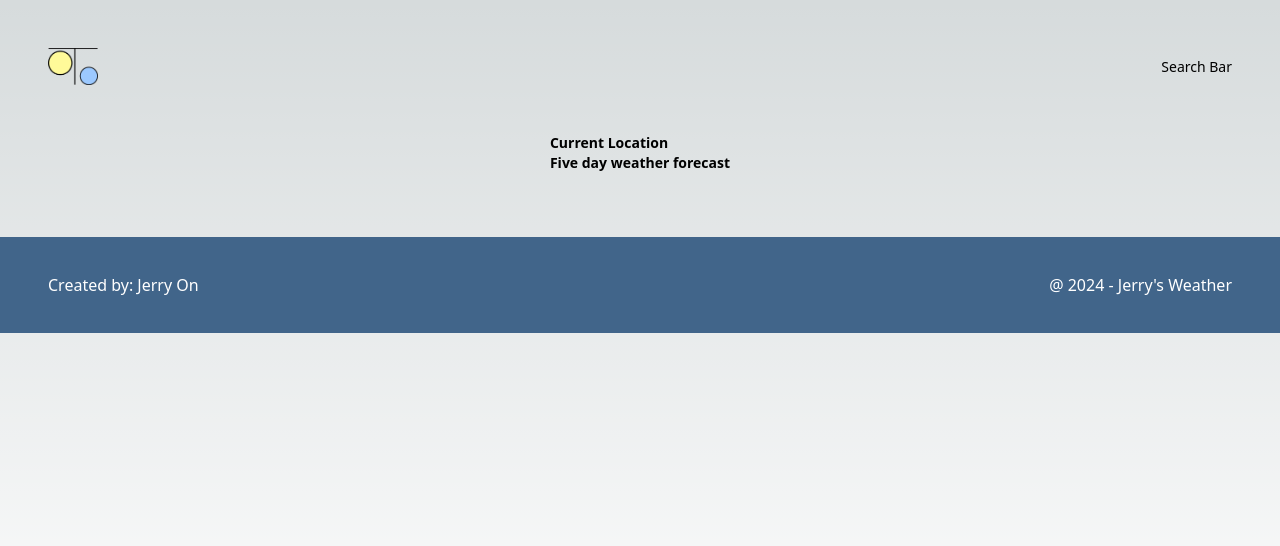
Repository: JerryWuOn/weatherAppMid
Page: /
An editor plug-in stored every save of this project. The page is shown before and after a run of saves, followed by the edit.
The browser window is 1280 px wide. The pictures show the whole page.
The page's requests for data from a server got no answer. The project was rebuilt for these pictures with package versions that can differ from the ones it lists, and the page was loaded fresh each time. The framework's server and built-in components were replaced by stand-ins that run in the browser. No one was signed in, and anything a server would have sent is missing. Also part of the build but not shown: next.config.mjs.

Above is the page before, as saved 2024-02-10 23:08:44.

### src/pages/index.tsx

import Header from "@/components/Header";
import Footer from "@/components/Footer";
import { useState, useEffect } from "react";

export default function Home() {
  const [data,setData] = useState<IWeather | null>(null);
  const apiKey = "fa86376a0b2615057a19374755185488"
  const API_URL = `https://api.openweathermap.org/data/2.5/weather?lat=44.34&lon=10.99&appid=${apiKey}`

  useEffect(() => {
    fetch(API_URL)
      .then(response => response.json())
      .then(response => {
        console.log(response);
        setData(response);
      })
      .catch(err => {
        console.log(err);
      })
  },[])
  return (
    <main className="flex flex-col min-h-screen w-full">
      <div className="flex flex-col w-5xl justify-between w-full items-center  text-sm ">
        <div className="flex flex-row w-full items-center justify-between gap-x-4 p-12">
          <Header></Header>
        </div>
        <div className="flex flex-col">
          <div className="font-bold">Current Location</div>
          <div className="font-bold">Five day weather forecast</div>

          {data && data.main && (
            <div>
              <h1>Temperature: {data.main.temp}</h1>
              <h1>Feels Like: {data.main.feels_like}</h1>
            </div>
          )}
        </div>
        </div>

        <div className="flex bg-footer w-full bg-fixed text-white mt-16 px-12">
          <div className="flex h-24 w-full items-center justify-between">
            <Footer/>
          </div>
        </div>

    </main>
  );
}

### src/components/Header/index.tsx
import Image from "next/image"

import Logo from "../../../public/images/jerryWeather.png"


export default function Header(){
    return (
        <div className="flex w-full">
            <div className="flex flex-row w-full items-center justify-between gap-x-4 ">
                <div className="flex justify-between">
                    <Image src={Logo} alt="logo" width={50} height={50}/>
                </div>
                <div>
                    Search Bar
                </div>
            </div>
        </div>
    )
}

### src/components/Footer/index.tsx
export default function Footer(){
    return (
        <div className="flex w-full items-center ">
            <div className="flex w-full items-center justify-between">
                <div className="flex px-18">
                    Created by: Jerry On
                </div>
                <div className="flex px-18">
                    @ 2024 - Jerry's Weather
                </div>
            </div>
        </div>
    )
}

### tailwind.config.ts
import type { Config } from "tailwindcss";

const config: Config = {
  content: [
    "./src/pages/**/*.{js,ts,jsx,tsx,mdx}",
    "./src/components/**/*.{js,ts,jsx,tsx,mdx}",
    "./src/app/**/*.{js,ts,jsx,tsx,mdx}",
  ],
  theme: {
    colors: {
      'footer' : '#41658A',
      'white' : '#FFFFFF'
    },
    extend: {
      backgroundImage: {
        "gradient-radial": "radial-gradient(var(--tw-gradient-stops))",
        "gradient-conic":
          "conic-gradient(from 180deg at 50% 50%, var(--tw-gradient-stops))",
      },
    },
  },
  plugins: [],
};
export default config;

Loaded but not shown: src/pages/_app.tsx (common file); src/pages/_document.tsx (common file); src/styles/globals.css (common file)

After the next 5 saves:
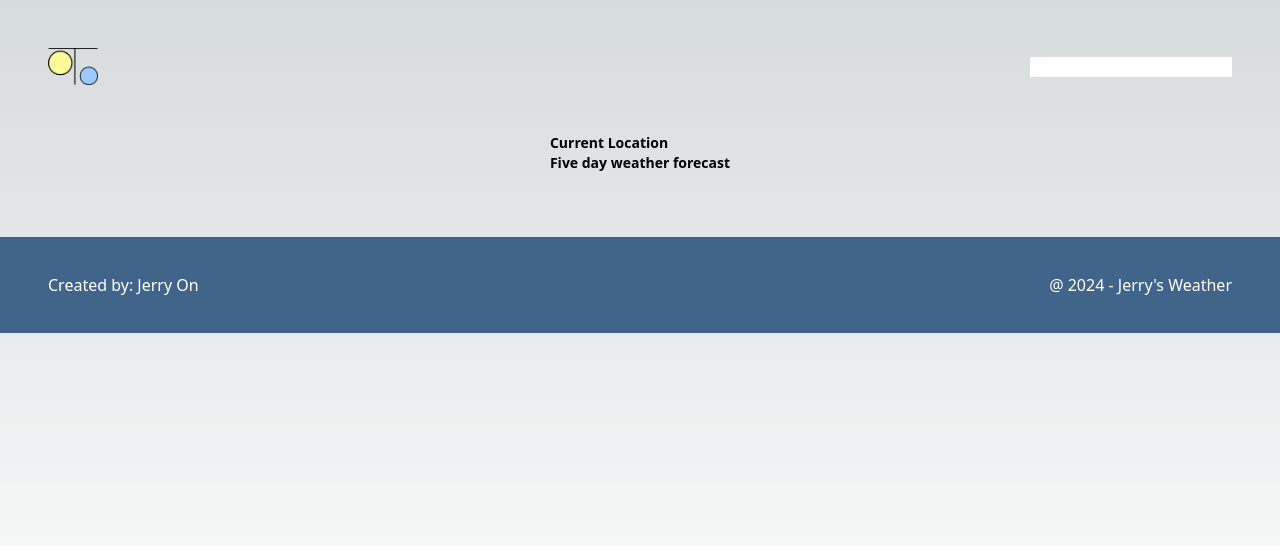
The 5 saves are shown as one change because 3 did not build or start and some came seconds apart.
The last was saved 41 h 43 min later.
--- a/src/pages/index.tsx
+++ b/src/pages/index.tsx
@@ -6,7 +6,8 @@ import { useState, useEffect } from "react";
 export default function Home() {
   const [data,setData] = useState<IWeather | null>(null);
   const apiKey = "fa86376a0b2615057a19374755185488"
-  const API_URL = `https://api.openweathermap.org/data/2.5/weather?lat=44.34&lon=10.99&appid=${apiKey}`
+  const API_URL = `https://api.openweathermap.org/data/2.5/weather?&appid=${apiKey}`
+
 
   useEffect(() => {
     fetch(API_URL)
--- a/src/components/Header/index.tsx
+++ b/src/components/Header/index.tsx
@@ -10,9 +10,9 @@ export default function Header(){
                 <div className="flex justify-between">
                     <Image src={Logo} alt="logo" width={50} height={50}/>
                 </div>
-                <div>
-                    Search Bar
-                </div>
+                <form>
+                    <input type="text"/>
+                </form>
             </div>
         </div>
     )
